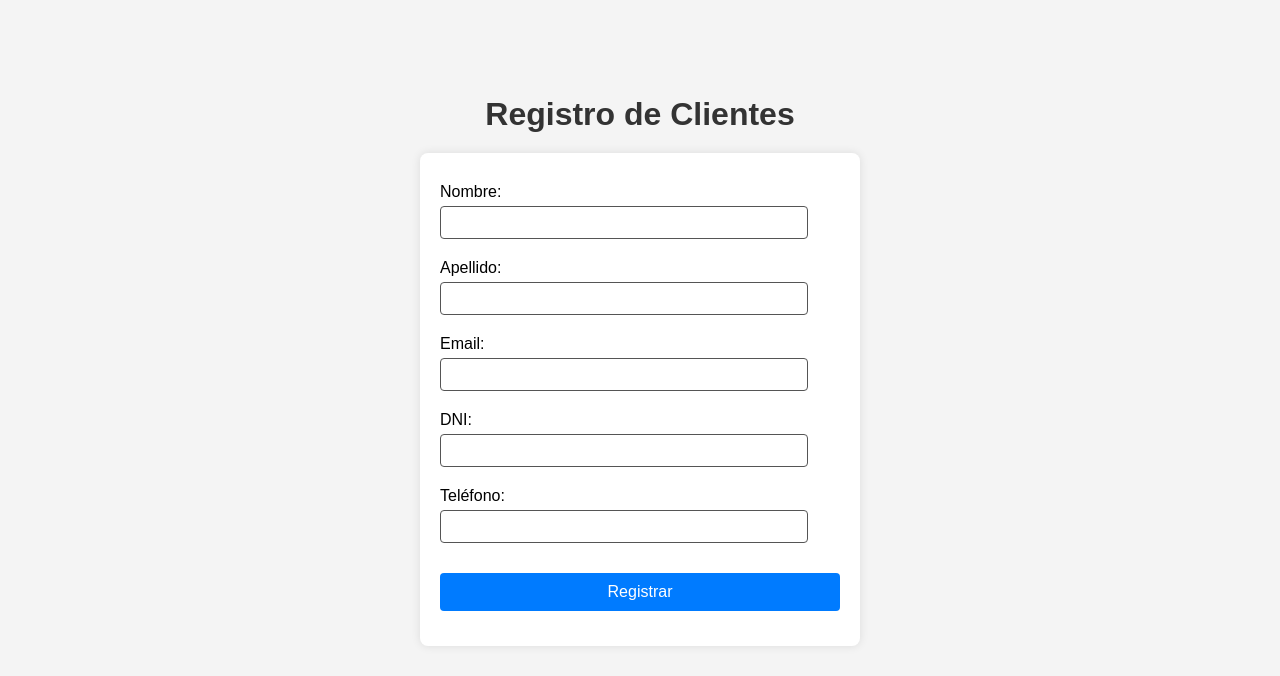
Repository: kevinqg0/Proyecto-Final-Gestion-Hotelera
Page: http://localhost/ProyectoGestionHotelera/RegistroCliente.jsp
These files come from the project's save history. The page is drawn as it stood at one moment and after the next save; the edit follows.
The browser window is 1280 px wide. The pictures show the whole page.
The page is served by Tomcat 9. Other server files are loaded and not shown.

Above is the page before, as saved 2024-10-23 00:52:43.

### ProyectoGestionHotelera/src/main/webapp/RegistroCliente.jsp
<%@ page language="java" contentType="text/html; charset=ISO-8859-1" pageEncoding="ISO-8859-1"%>

<!DOCTYPE html>
<html lang="es">
<head>
    <meta charset="ISO-8859-1">
    <meta name="viewport" content="width=device-width, initial-scale=1.0">
    <title>Registro de Cliente</title>


    <link rel="stylesheet" href="estilos/registro.css">

    <style>
        body {
            font-family: Arial, sans-serif;
            background-color: #f4f4f4;
            color: black;
            display: flex;
            justify-content: center;
            align-items: center;
            height: 100vh;
            margin: 0;
        }

        .box-registro {
            background-color: #fff;
            padding: 20px;
            border-radius: 8px;
            box-shadow: 0 0 10px rgba(0, 0, 0, 0.1);
            width: 400px;
            max-width: 100%;
        }

        h1 {
            text-align: center;
            color: #333;
        }

        h2 {
            text-align: center;
            color: #666;
            margin-bottom: 20px;
        }

        form {
            display: flex;
            flex-direction: column;
        }

        label {
            margin-bottom: 5px;
            color: black;
        }

        select, input[type="date"], button {
            padding: 10px;
            margin-bottom: 15px;
            border: 1px solid #ccc;
            border-radius: 4px;
            font-size: 16px;
            color: black;
        }

        select:focus, input[type="date"]:focus, button:focus {
            border-color: #007bff;
            outline: none;
        }

        button {
            background-color: #007bff;
            color: #fff;
            border: none;
            cursor: pointer;
            transition: background-color 0.3s ease;
        }

        button:hover {
            background-color: #0056b3;
        }

        }
    </style>

</head>
<body>
    <h1>Registro de Clientes</h1>
    <div class="box-registro">
        <form action="ControladorCliente" method="post">

            <label for="nombre">Nombre:</label>
            <input type="text" id="nombre" name="nom" required>

            <label for="apellido">Apellido:</label>
            <input type="text" id="apellido" name="ape" required>

            <label for="email">Email:</label>
            <input type="email" id="email" name="email" required>

            <label for="dni">DNI:</label>
            <input type="text" id="dni" name="dni" required>

            <label for="telefono">Teléfono:</label>
            <input type="tel" id="telefono" name="telf" required>

            <button type="submit">Registrar</button>
        </form>
    </div>
</body>
</html>

### ProyectoGestionHotelera/src/main/webapp/estilos/registro.css
body {
    display: flex;
    flex-direction: column;
    justify-content: center;
    align-items: center;
    height: 100vh;
    margin: 0;
    font-family: Arial, sans-serif;
    background-color: black;
    background-size: cover;
    color: black;
}

h1 {
    margin-bottom: 20px;
    font-size: 2em;
    color: #ffcc00;
}

.box-registro {
    background-color: rgba(30, 30, 30, 0.8);
    padding: 20px;
    border-radius: 8px;
    box-shadow: 0 0 10px rgba(255, 255, 255, 0.1);
    width: 400px;
    text-align: center;
}

h2 {
    margin-bottom: 20px;
    color: #ffcc00;
}

label {
    display: block;
    margin: 10px 0 5px;
    text-align: left;
    color: #fff;
}

input {
    width: 350px;
    padding: 8px;
    margin-bottom: 10px;
    border: 1px solid #555;
    border-radius: 4px;
    color: #000; /* Cambiado a negro para mejor legibilidad */
    background-color: #fff; /* Fondo blanco para mejor contraste */
}

button {
    width: 100%;
    padding: 10px;
    background-color: #ffcc00;
    color: #000;
    border: none;
    border-radius: 4px;
    cursor: pointer;
    margin-top: 20px;
}

button:hover {
    background-color: #e6b800;
}

After the next save:
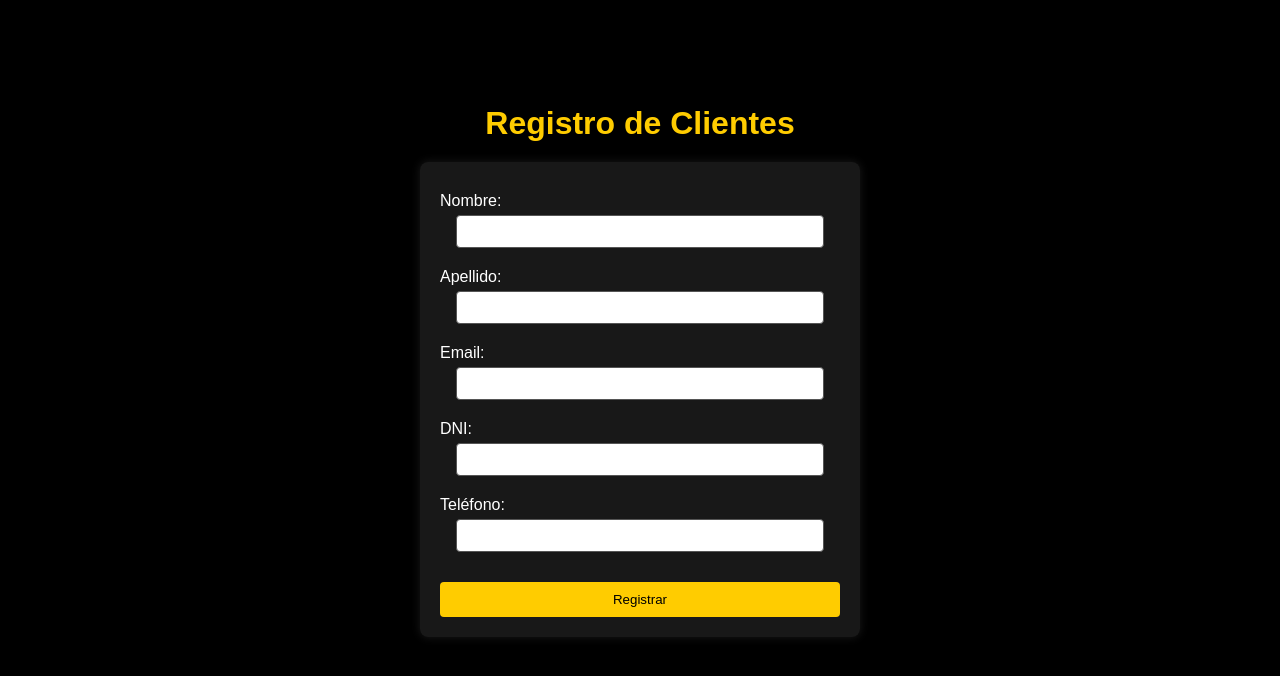
Saved 82 s later.
--- a/ProyectoGestionHotelera/src/main/webapp/RegistroCliente.jsp
+++ b/ProyectoGestionHotelera/src/main/webapp/RegistroCliente.jsp
@@ -10,76 +10,7 @@
 
     <link rel="stylesheet" href="estilos/registro.css">
 
-    <style>
-        body {
-            font-family: Arial, sans-serif;
-            background-color: #f4f4f4;
-            color: black;
-            display: flex;
-            justify-content: center;
-            align-items: center;
-            height: 100vh;
-            margin: 0;
-        }
 
-        .box-registro {
-            background-color: #fff;
-            padding: 20px;
-            border-radius: 8px;
-            box-shadow: 0 0 10px rgba(0, 0, 0, 0.1);
-            width: 400px;
-            max-width: 100%;
-        }
-
-        h1 {
-            text-align: center;
-            color: #333;
-        }
-
-        h2 {
-            text-align: center;
-            color: #666;
-            margin-bottom: 20px;
-        }
-
-        form {
-            display: flex;
-            flex-direction: column;
-        }
-
-        label {
-            margin-bottom: 5px;
-            color: black;
-        }
-
-        select, input[type="date"], button {
-            padding: 10px;
-            margin-bottom: 15px;
-            border: 1px solid #ccc;
-            border-radius: 4px;
-            font-size: 16px;
-            color: black;
-        }
-
-        select:focus, input[type="date"]:focus, button:focus {
-            border-color: #007bff;
-            outline: none;
-        }
-
-        button {
-            background-color: #007bff;
-            color: #fff;
-            border: none;
-            cursor: pointer;
-            transition: background-color 0.3s ease;
-        }
-
-        button:hover {
-            background-color: #0056b3;
-        }
-
-        }
-    </style>
 
 </head>
 <body>

After the save that followed:
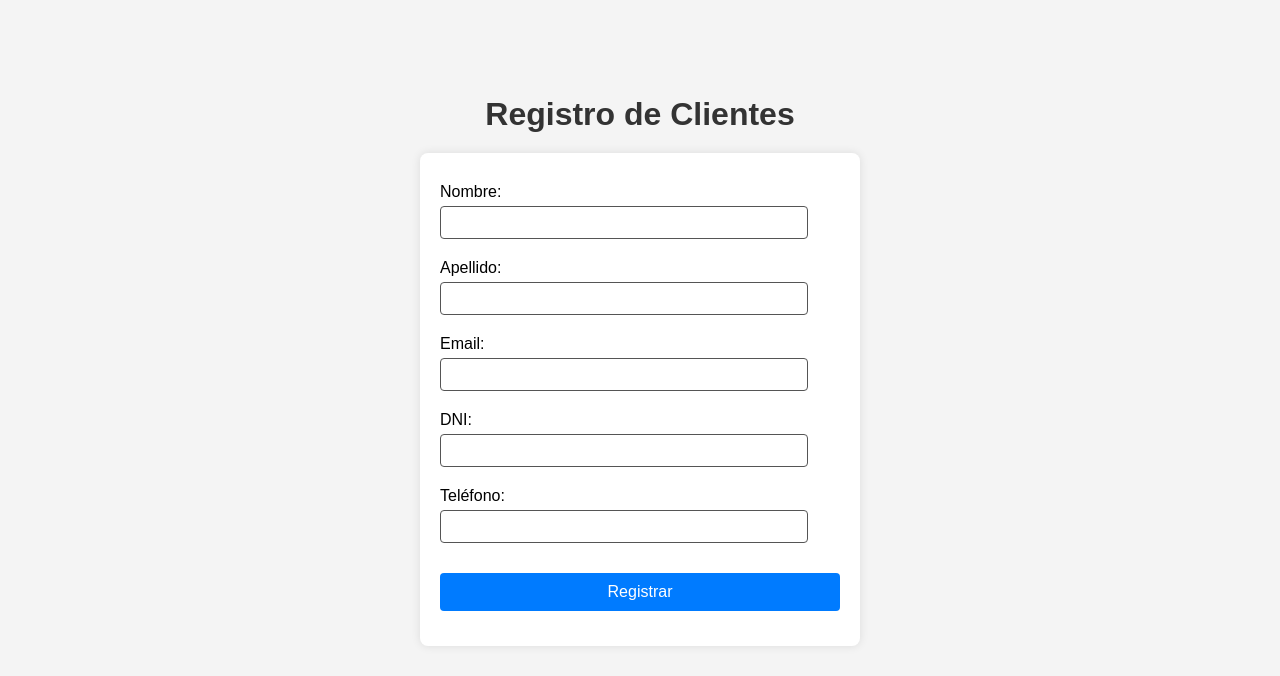
Saved 26 s later.
--- a/ProyectoGestionHotelera/src/main/webapp/RegistroCliente.jsp
+++ b/ProyectoGestionHotelera/src/main/webapp/RegistroCliente.jsp
@@ -10,7 +10,76 @@
 
     <link rel="stylesheet" href="estilos/registro.css">
 
+    <style>
+        body {
+            font-family: Arial, sans-serif;
+            background-color: #f4f4f4;
+            color: black;
+            display: flex;
+            justify-content: center;
+            align-items: center;
+            height: 100vh;
+            margin: 0;
+        }
 
+        .box-registro {
+            background-color: #fff;
+            padding: 20px;
+            border-radius: 8px;
+            box-shadow: 0 0 10px rgba(0, 0, 0, 0.1);
+            width: 400px;
+            max-width: 100%;
+        }
+
+        h1 {
+            text-align: center;
+            color: #333;
+        }
+
+        h2 {
+            text-align: center;
+            color: #666;
+            margin-bottom: 20px;
+        }
+
+        form {
+            display: flex;
+            flex-direction: column;
+        }
+
+        label {
+            margin-bottom: 5px;
+            color: black;
+        }
+
+        select, input[type="date"], button {
+            padding: 10px;
+            margin-bottom: 15px;
+            border: 1px solid #ccc;
+            border-radius: 4px;
+            font-size: 16px;
+            color: black;
+        }
+
+        select:focus, input[type="date"]:focus, button:focus {
+            border-color: #007bff;
+            outline: none;
+        }
+
+        button {
+            background-color: #007bff;
+            color: #fff;
+            border: none;
+            cursor: pointer;
+            transition: background-color 0.3s ease;
+        }
+
+        button:hover {
+            background-color: #0056b3;
+        }
+
+        }
+    </style>
 
 </head>
 <body>
